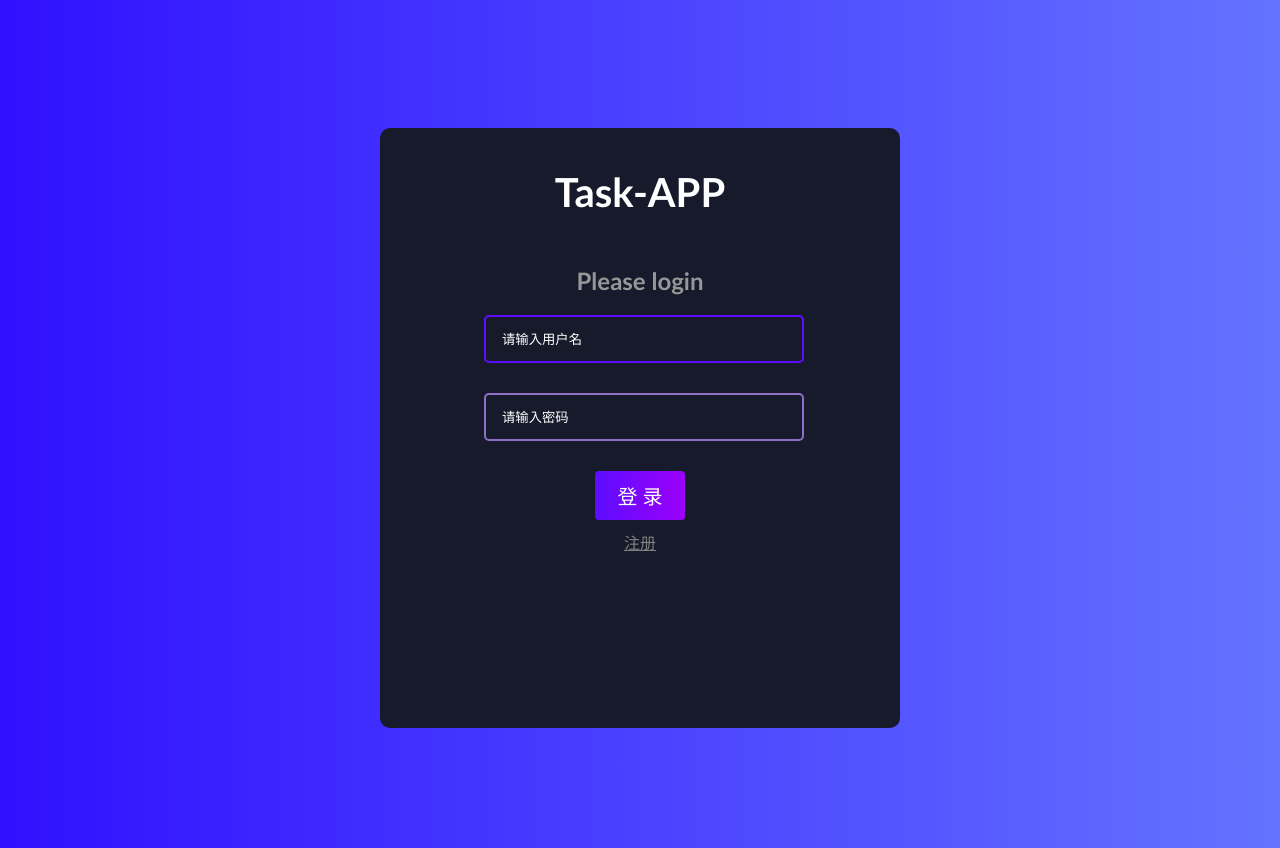
Repository: Azem723/todo-list-app
Page: /
The author's editor kept a copy of each file at every save. The page is drawn from the files as they stood at one save, then again after the next save.
The browser window is 1280 px wide. The pictures show the whole page.
The project was rebuilt for these pictures with package versions that can differ from the ones it lists, and the page was loaded fresh each time. Also part of the build but not shown: src/components/todoForm/TodoForm.module.css, src/components/todoForm/TodoForm.jsx, src/components/todoList/TodoList.module.css, src/components/todo/Todo.module.css, src/components/todo/Todo.jsx, src/components/todoList/TodoList.jsx, src/pages/home/Home.jsx, src/pages/NotFoundPages.jsx and 4 more.

Above is the page before, as saved 2021-12-08 11:13:09.

### public/index.html
<!DOCTYPE html>
<html lang="en">
  <head>
    <meta charset="utf-8" />
    <link rel="icon" href="%PUBLIC_URL%/favicon.ico" />
    <meta
      name="viewport"
      content="width=device-width, initial-scale=1,shrink-to-fit=no,minimum-scale=1.0,maximum-scale=1.0,user-scalable=no"
    />

    <meta name="theme-color" content="#000000" />
    <meta
      name="description"
      content="Web site created using create-react-app"
    />
    <link rel="apple-touch-icon" href="%PUBLIC_URL%/logo192.png" />
    <!--
      manifest.json provides metadata used when your web app is installed on a
      user's mobile device or desktop. See https://developers.google.com/web/fundamentals/web-app-manifest/
    -->
    <link rel="manifest" href="%PUBLIC_URL%/manifest.json" />
    <!--
      Notice the use of %PUBLIC_URL% in the tags above.
      It will be replaced with the URL of the `public` folder during the build.
      Only files inside the `public` folder can be referenced from the HTML.

      Unlike "/favicon.ico" or "favicon.ico", "%PUBLIC_URL%/favicon.ico" will
      work correctly both with client-side routing and a non-root public URL.
      Learn how to configure a non-root public URL by running `npm run build`.
    -->
    <title>React App</title>
  </head>
  <body>
    <noscript>You need to enable JavaScript to run this app.</noscript>
    <div id="root"></div>
    <!--
      This HTML file is a template.
      If you open it directly in the browser, you will see an empty page.

      You can add webfonts, meta tags, or analytics to this file.
      The build step will place the bundled scripts into the <body> tag.

      To begin the development, run `npm start` or `yarn start`.
      To create a production bundle, use `npm run build` or `yarn build`.
    -->
  </body>
</html>

### src/index.js
import React from 'react';
import ReactDOM from 'react-dom';
import App from './App';
import { Provider } from 'react-redux';
import store from './redux/store.js';

ReactDOM.render(
  <React.StrictMode>
    <Provider store={store}>
      <App />
    </Provider>
  </React.StrictMode>,
  document.getElementById('root')
);

// If you want to start measuring performance in your app, pass a function
// to log results (for example: reportWebVitals(console.log))
// or send to an analytics endpoint. Learn more: https://bit.ly/CRA-vitals

### src/App.js
import './App.css';
// import TodoForm from './components/TodoForm';
import Home from './pages/home/Home';
import NotFoundPage from './pages/NotFoundPages';
import LoginPage from './pages/login/LoginPage';
import RegiserPage from './pages/register/RegisterPage';
import { BrowserRouter, Route, Routes } from 'react-router-dom';
import Loading from './components/loading/Loading';
import { useSelector } from 'react-redux';
import { useNavigate } from 'react-router-dom';
import { Navigate } from 'react-router';

const PrivateRoute = ({ isAuthenticated }) => {
  return isAuthenticated ? <Home /> : <Navigate to="/" />;
};

function App() {
  const loading = useSelector((state) => state.user.loading);
  const jwt = useSelector((state) => state.user.token);

  function loadingMask(loading) {
    if (loading) {
      return <Loading />;
    } else {
      return null;
    }
  }

  return (
    <div className='fixedBg'>
      <div className="todo-app" id={'todoApp'}>
        <BrowserRouter>
          <Routes>
            <Route path="/" element={<LoginPage />} />
            <Route path="/signup" element={<RegiserPage />} />
            <Route
              path="/home"
              element={<PrivateRoute isAuthenticated={jwt} />}
            />
            <Route path="*" element={<NotFoundPage />} />
          </Routes>
        </BrowserRouter>
        {loadingMask(loading)}
        {/* <TodoList /> */}
      </div>
    </div>
  );
}

export default App;

### src/redux/store.js
import { configureStore } from '@reduxjs/toolkit';
import { combineReducers } from 'redux';
// import { createStore, combineReducers } from 'redux';
// import listReducer from './listState/listReducer';
// let store = createStore(listReducer, initialState);

// const rootReducer = combineReducers({
//   todolist: listReducer
// });
// const store = configureStore({
//   reducer: { todolist: listReducer },
//   devTools: true
// });
import todolistReducer from './listState/slice';
import userSlice from './user/slice';

const rootReducer = combineReducers({
  todolist: todolistReducer,
  user: userSlice.reducer
});
const store = configureStore({
  reducer: rootReducer,
  devTools: true
});

export default store;

### src/App.css
* {
  box-sizing: border-box;
  margin: 0;
  padding: 0;
  font-family: 'Trebuchet MS', 'Lucida Sans Unicode', 'Lucida Grande',
    'Lucida Sans', Arial, sans-serif;
}

body {
  height: 100vh;
  padding-bottom: env(safe-area-inset-bottom);
  background: linear-gradient(
    90deg,
    rgba(48, 16, 255, 1) 0%,
    rgba(100, 115, 255, 1) 100%
  );
}
/* .fixedBg {
  background: linear-gradient(
    90deg,
    rgba(48, 16, 255, 1) 0%,
    rgba(100, 115, 255, 1) 100%
  );
  height: 100%;
  width: 100%;
  position: fixed;
  overflow-y: scroll;
  -webkit-overflow-scrolling: touch;
} */

.todo-app {
  display: flex;
  position: relative;
  flex-direction: column;
  justify-content: start;
  width: 520px;
  min-height: 600px;
  background: #161a2b;
  text-align: center;
  margin: 128px auto;
  border-radius: 10px;
  padding-bottom: 32px;
}

@media screen and (max-width: 520px) {
  .todo-app {
    width: 94vw;
    margin: 9vh auto;
  }
}

h1 {
  margin: 32px 0;
  color: #fff;
  font-size: 24px;
}

@media screen and (max-width: 520px) {
  h1 {
    margin: 20px 0;
    font-size: 24px;
  }
}

a {
  text-decoration: underline;
  color: grey;
}
a:hover,
a:visited,
a:link,
a:active {
  color: grey;
}

### src/pages/login/LoginPage.jsx
import styles from '../../styles/SignupAndRegist.module.css';
import { useState, useEffect } from 'react';
import { signIn } from '../../redux/user/slice';
import { useDispatch, useSelector } from 'react-redux';
import { useNavigate } from 'react-router-dom';
import Toast from '../../components/toast/Toast';
import { showToast } from '../../components/toast/Toast';

function LoginPage() {
  const dispatch = useDispatch();

  // 组件 state 获取用户输入
  const [userLogInInput, setUserLogInInput] = useState({
    userName: '',
    password: ''
  });
  function handleUserNameInput(e) {
    setUserLogInInput({ ...userLogInInput, userName: e.target.value });
  }
  function handlePasswordInput(e) {
    setUserLogInInput({ ...userLogInInput, password: e.target.value });
  }

  // 连接 redux 获取 token 和 error
  const jwt = useSelector((state) => state.user.token);
  const errorMessage = useSelector((state) => state.user.error);
  // 密码错误时 showToast
  useEffect(() => {
    if (errorMessage !== null) {
      showToast(errorMessage);
    }
  }, [errorMessage]);
  // jwt 改变时 路由转跳
  const navigate = useNavigate();
  useEffect(() => {
    if (jwt !== null) {
      console.log('jwt:', jwt);
      navigate('/home');
    }
  }, [jwt]);

  function handleLogin(e) {
    e.preventDefault();
    if (!userLogInInput.userName || !userLogInInput.password) {
      showToast('用户名和密码不能为空！')
    } else {
      dispatch(signIn(userLogInInput));
    }

    // console.log('userInput:', userLogInInput);
  }

  return (
    <>
      <h1 className={styles['firstPage-title']}>Task-APP</h1>
      <h2 className={styles['firstPage-header']}>Please login</h2>
      <form className={styles['firstPage-form']} onSubmit={handleLogin}>
        <input
          className={styles['firstPage-input']}
          type="text"
          value={userLogInInput.userName}
          onChange={handleUserNameInput}
          placeholder="请输入用户名"
        />
        <input
          className={`${styles['firstPage-input']} ${styles['firstPage-password']}`}
          type="text"
          value={userLogInInput.password}
          onChange={handlePasswordInput}
          placeholder="请输入密码"
        />
        <button className={styles['firstPage-button']}>登 录</button>
        <a className={styles['firstPage-SignupRegsitSwitch']} href="/signup">
          注册
        </a>
      </form>
      <Toast />
    </>
  );
}

export default LoginPage;

### src/redux/listState/slice.js
import { createSlice } from '@reduxjs/toolkit';

const todolistSlice = createSlice({
  name: 'todolist',
  initialState: [
    { id: 12, text: 'aaa', isComplete: false, sortIndex: 0 },
    { id: 13, text: 'bbb', isComplete: false, sortIndex: 1 },
    { id: 14, text: 'ccc', isComplete: false, sortIndex: 2 },
    { id: 154, text: 'ddd', isComplete: false, sortIndex: 3 },
    { id: 1435, text: 'eee', isComplete: false, sortIndex: 4 },
    { id: 6345, text: 'fff', isComplete: false, sortIndex: 5 },
    { id: 234, text: 'ggg', isComplete: false, sortIndex: 6 },
    { id: 34, text: 'hhh', isComplete: false, sortIndex: 7 },
    { id: 10, text: 'iii', isComplete: false, sortIndex: 7 },
    { id: 5346, text: 'jjj', isComplete: false, sortIndex: 7 },
    { id: 789, text: 'kkk', isComplete: false, sortIndex: 7 },
    { id: 210, text: 'lll', isComplete: false, sortIndex: 7 },
    { id: 67, text: 'mmm', isComplete: false, sortIndex: 7 },
    { id: 123, text: 'nnn', isComplete: false, sortIndex: 7 },
    { id: 19, text: 'ooo', isComplete: false, sortIndex: 7 },
    { id: 1354, text: 'ppp', isComplete: false, sortIndex: 7 },
    { id: 456, text: 'qqq', isComplete: false, sortIndex: 7 }
  ],
  reducers: {
    ADD_TODO: (state, action) => {
      // action.payload.sortIndex = state[state.length - 1].sortIndex + 1;
      // const newTodo = [...state, action.payload];

      const newTodo = action.payload;
      newTodo.sortIndex = state.length
        ? state[state.length - 1].sortIndex + 1
        : 0;
      const newTodosList = [...state, newTodo];
      return newTodosList;
    },

    REMOVE_TODO: (state, action) => {
      const removeTodoArr = state.filter((todo) => todo.id !== action.payload);
      return removeTodoArr;
    },

    UPDATE_TODO: (state, action) => {
      const updatedArr = state.map((item) => {
        if (item.id === action.payload.id) {
          item = Object.assign({}, item);
          item.text = action.payload.text;
        }
        return item;
      });
      return updatedArr;
    },

    COMPLETE_TODO: (state, action) => {
      for (let item of state) {
        if (item.id === action.payload) {
          item.isComplete = !item.isComplete;
        }
      }
      // const completeTodoArr = state.map((item) => {
      //   if (item.id === action.payload) {
      //     item = Object.assign({}, item);
      //     item.isComplete = !item.isComplete;
      //   }
      //   return item;
      // });
      // return completeTodoArr;
    },
    REORDER_TODO: (state, action) => {
      // const reOrderedList = [...action.payload];
      // console.log(action.payload)
      const reOrderedList = action.payload.map((item, index) => {
        item = Object.assign({}, item);
        item.sortIndex = index;
        return item;
      });
      return reOrderedList;
    }
  }
});

export const {
  ADD_TODO,
  REMOVE_TODO,
  UPDATE_TODO,
  COMPLETE_TODO,
  REORDER_TODO
} = todolistSlice.actions;
export default todolistSlice.reducer;

### src/redux/user/slice.js
import { createAsyncThunk, createSlice } from '@reduxjs/toolkit';
import axios from 'axios';

export const signIn = createAsyncThunk(
  'user/signIn',
  async (paramaters, thunkAPI) => {
    const { data } = await axios.get(
      `https://www.fastmock.site/mock/ec3f45d4cf2bb5a3874fc0d304a8c735/todolist/api/login-test`,
      {
        username: paramaters.username,
        password: paramaters.password
      }
    );
    document.cookie = `token=${data.token}`;
    return data.token;
  }
);

const userSlice = createSlice({
  name: 'user',
  initialState: {
    loading: false,
    error: null,
    token: null
  },
  reducers: {
    logOut: (state) => {
      state.token = null;
      state.error = null;
      state.loading = false;
    }
  },
  extraReducers: {
    // action creator that dispatches an 'user/signIn/pending' action
    [signIn.pending.type]: (state) => {
      state.loading = true;
    },
    [signIn.fulfilled.type]: (state, action) => {
      state.token = action.payload;
      state.loading = false;
      state.error = null;
    },
    [signIn.rejected.type]: (state, action) => {
      state.error = action.payload;
      state.loading = false;
    }
  }
});

export default userSlice;

### src/styles/SignupAndRegist.module.css
.firstPage-title {
  font-size: 40px;
  margin: 40px auto;
}
.firstPage-form {
  width: 60%;
  margin: 10px auto;
}
.firstPage-header {
  color: rgb(151, 151, 151);
  margin: 10px auto;
}
.firstPage-input {
  padding: 14px 32px 14px 16px;
  border-radius: 5px;
  border: 2px solid #5d0cff;
  outline: none;
  width: 320px;
  background: transparent;
  color: #fff;
  margin-bottom: 30px;
}
.firstPage-input::placeholder {
  color: #fff;
}
.firstPage-password {
  border-color: #8e70c9;
}
@media screen and (max-width: 500px) {
  .firstPage-input {
    width: 100%;
  }
}
.firstPage-button {
  width: 90px;
  padding: 10px;
  border: none;
  border-radius: 4px;
  cursor: pointer;
  outline: none;
  background: linear-gradient(
    90deg,
    rgba(93, 12, 255, 1) 0%,
    rgba(155, 0, 250, 1) 100%
  );
  font-size: 20px;
  color: #fff;
  text-transform: capitalize;
}
.firstPage-SignupRegsitSwitch {
  margin-top: 10px;
  display: block;
}

### src/components/toast/Toast.jsx
import Styles from './Toast.module.css';
import { Fragment } from 'react';
import reactDom from 'react-dom';

let timerToast = null;
function setTime() {
  timerToast = setTimeout(() => {
    let toast = document.getElementById('toast');
    if (toast) {
      reactDom.unmountComponentAtNode(toast);
    }
  }, 3000);
}

const toastElement = (message) => {
  return reactDom.render(
    <Fragment>
      <div className={Styles.toast}>
        <div className={Styles.toastMessage}>{message}</div>
      </div>
    </Fragment>,
    document.getElementById('toast')
  );
};

export const showToast = function (message) {
  clearTimeout(timerToast);
  toastElement(message);
  setTime();
};

function Toast() {
  return <div id={'toast'}></div>;
}

export default Toast;

After the next save:
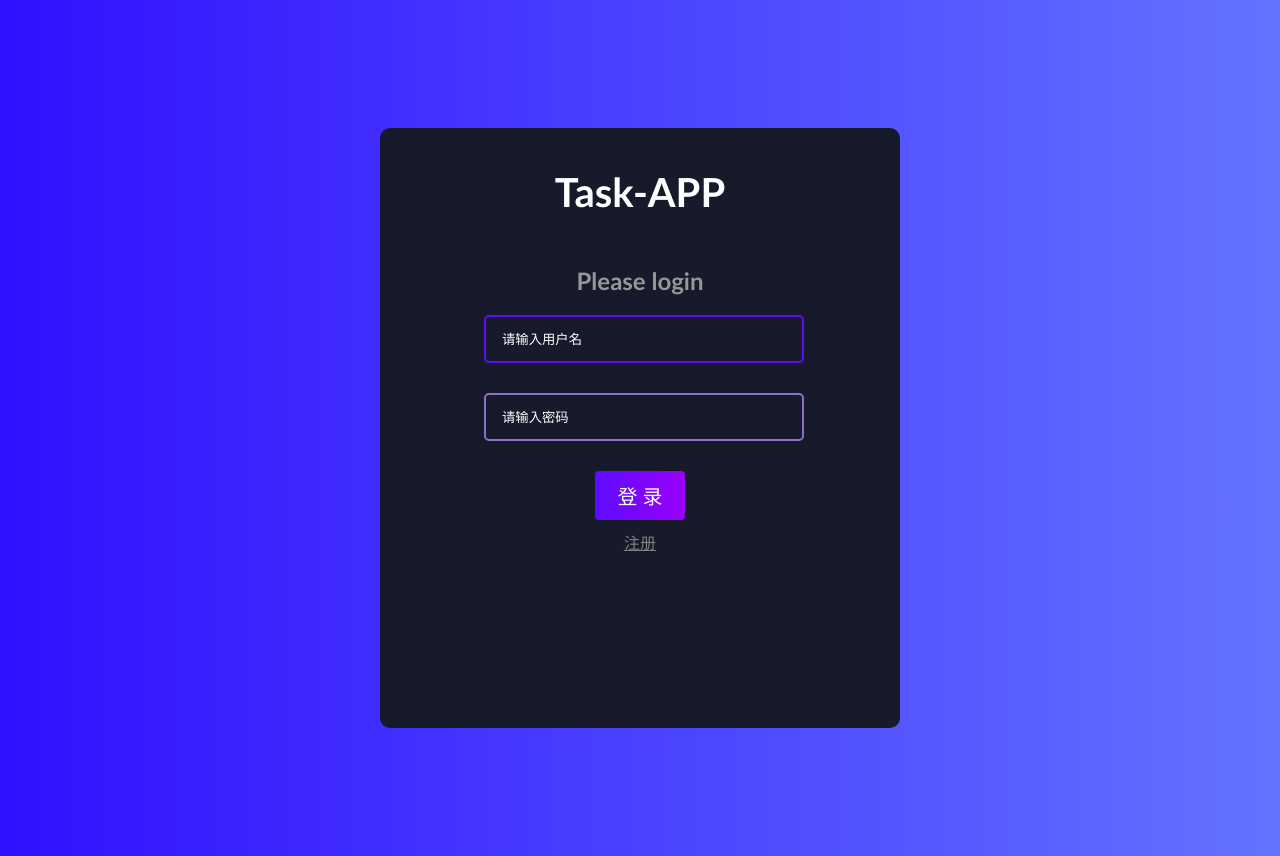
Saved 15 s later.
--- a/src/App.css
+++ b/src/App.css
@@ -7,7 +7,7 @@
 }
 
 body {
-  height: 100vh;
+  /* height: 100vh; */
   padding-bottom: env(safe-area-inset-bottom);
   background: linear-gradient(
     90deg,
